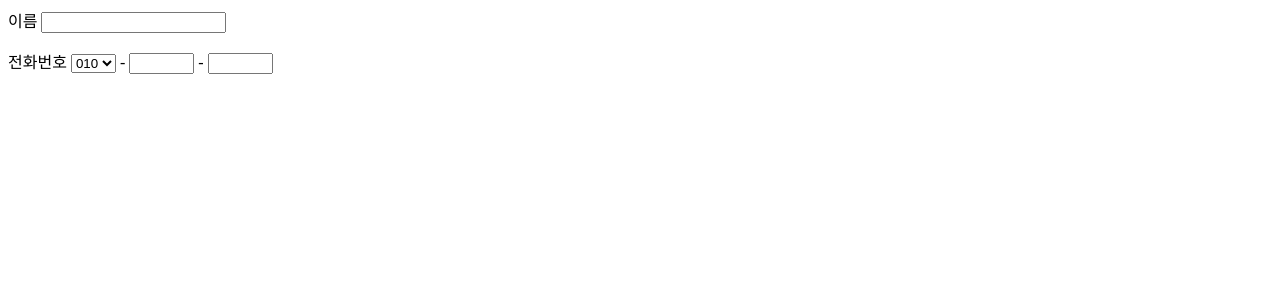
Repository: leesaereum/funding
Page: http://localhost/Funding/pages/findId_view.jsp
An editor plug-in stored every save of this project. The page is shown before and after the next save, followed by the edit.
The browser window is 1280 px wide. The pictures show the whole page.
The page is served by Tomcat 9. Other server files are loaded and not shown.

Above is the page before, as saved 2022-04-07 02:11:03.

### Funding/src/main/webapp/pages/findId_view.jsp
<%@ page language="java" contentType="text/html; charset=UTF-8"
	pageEncoding="UTF-8"%>
<!DOCTYPE html>
<html>
<head>
<meta charset="UTF-8">
<title>아이디 찾기</title>
</head>
<body>
	<form name="findId" action="findId.do" method="post">
				<div>이름
					<input id="name" type="text" name="name"
						onkeyup="validate()" onfocus="nameFocus()" onblur="nameValidate()">
					<p id="nameValidate" class="signUp__warning"></p>
				</div>
		<div>전화번호
		<select name="phone1">
			<option selected="selected">010</option>
			<option>011</option>
			<option>016</option>
			<option>017</option>
			<option>019</option>
		</select> - <input id="phone2" type="text" name="phone2" size="5"
			onkeyup="validate()" onfocus="phoneFocus()" onblur="phoneValidate()">
		- <input id="phone3" type="text" name="phone3" size="5"
			onkeyup="validate()" onfocus="phoneFocus()" onblur="phoneValidate()">
		<p id="phoneValidate" class="signUp__warning"></p>
		</div>
	</form>
</body>
</html>

After the next save:
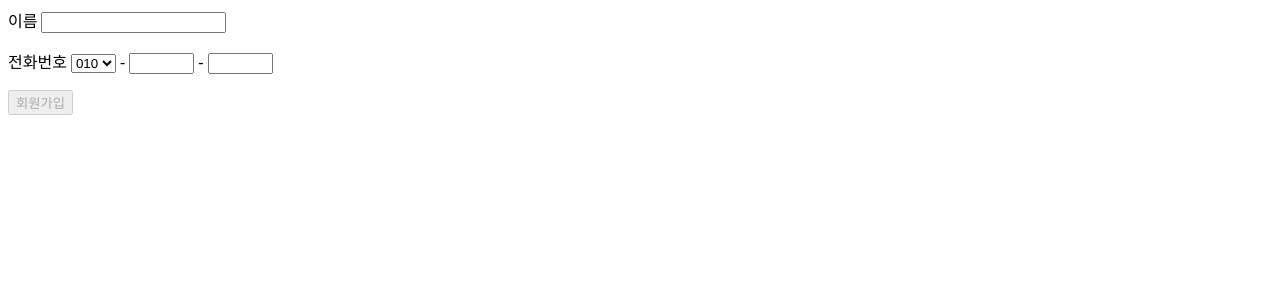
Saved 33 s later.
--- a/Funding/src/main/webapp/pages/findId_view.jsp
+++ b/Funding/src/main/webapp/pages/findId_view.jsp
@@ -8,24 +8,26 @@
 </head>
 <body>
 	<form name="findId" action="findId.do" method="post">
-				<div>이름
-					<input id="name" type="text" name="name"
-						onkeyup="validate()" onfocus="nameFocus()" onblur="nameValidate()">
-					<p id="nameValidate" class="signUp__warning"></p>
-				</div>
-		<div>전화번호
-		<select name="phone1">
-			<option selected="selected">010</option>
-			<option>011</option>
-			<option>016</option>
-			<option>017</option>
-			<option>019</option>
-		</select> - <input id="phone2" type="text" name="phone2" size="5"
-			onkeyup="validate()" onfocus="phoneFocus()" onblur="phoneValidate()">
-		- <input id="phone3" type="text" name="phone3" size="5"
-			onkeyup="validate()" onfocus="phoneFocus()" onblur="phoneValidate()">
-		<p id="phoneValidate" class="signUp__warning"></p>
+		<div>
+			이름 <input id="name" type="text" name="name" onkeyup="validate()"
+				onfocus="nameFocus()" onblur="nameValidate()">
+			<p id="nameValidate" class="signUp__warning"></p>
 		</div>
+		<div>
+			전화번호 <select name="phone1">
+				<option selected="selected">010</option>
+				<option>011</option>
+				<option>016</option>
+				<option>017</option>
+				<option>019</option>
+			</select> - <input id="phone2" type="text" name="phone2" size="5"
+				onkeyup="validate()" onfocus="phoneFocus()" onblur="phoneValidate()">
+			- <input id="phone3" type="text" name="phone3" size="5"
+				onkeyup="validate()" onfocus="phoneFocus()" onblur="phoneValidate()">
+			<p id="phoneValidate" class="signUp__warning"></p>
+		</div>
+
+		<input id="submit" type="submit" value="회원가입" disabled>
 	</form>
 </body>
 </html>
